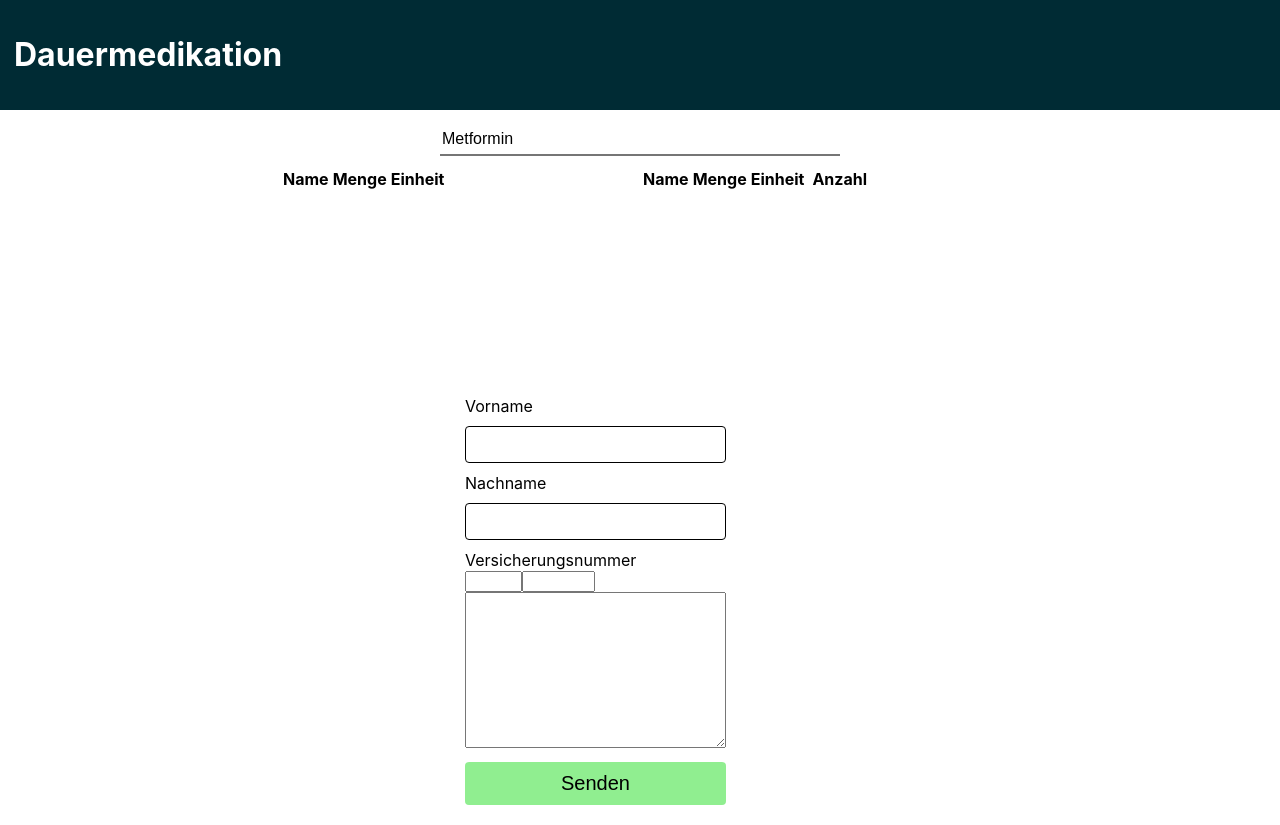
Repository: Esatollah/MedDemo
Page: / (app in client/)
These files come from the project's save history. The page is drawn as it stood at one moment and after the next save; the edit follows.
The browser window is 1280 px wide. The pictures show the whole page.
The page's requests for data from a server got no answer. The project was rebuilt for these pictures with package versions that can differ from the ones it lists, and the page was loaded fresh each time. No one was signed in, and anything a server would have sent is missing. Also part of the build but not shown: client/src/Routes/Bestellungen.jsx.

Above is the page before, as saved 2022-06-10 16:33:28.

After the next save:
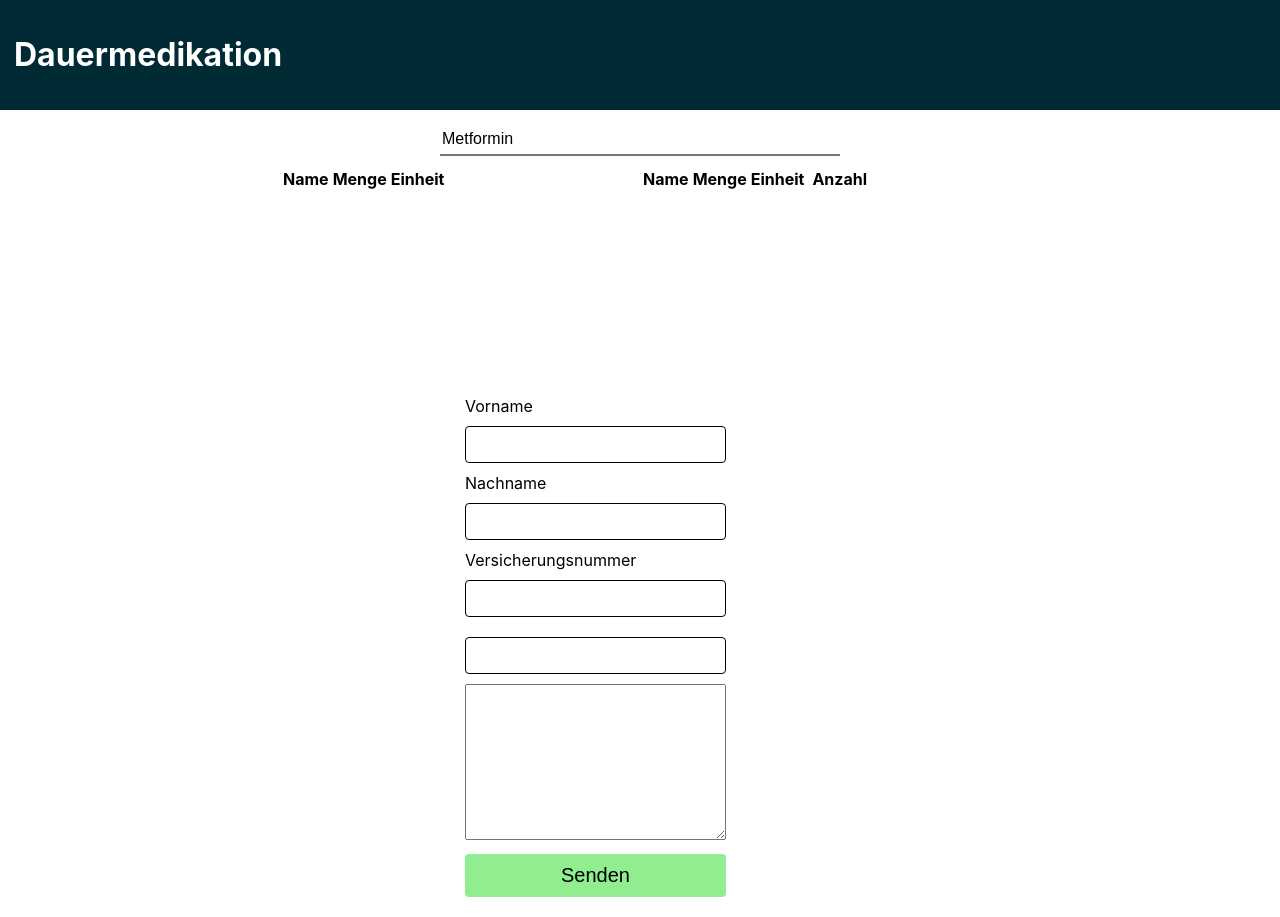
Saved 37 s later.
--- a/client/src/Styles/FormStyles.js
+++ b/client/src/Styles/FormStyles.js
@@ -25,4 +25,12 @@ export const FormWrap = styled.div`
         background: lightgreen;
         font-size:20px
     }
+    .insurance {
+         width: 100%;
+        padding: 10px;
+        box-sizing: border-box;
+        border-radius: 4px;
+        border: .5px solid;
+        margin: 10px 0;
+    }
 `;
